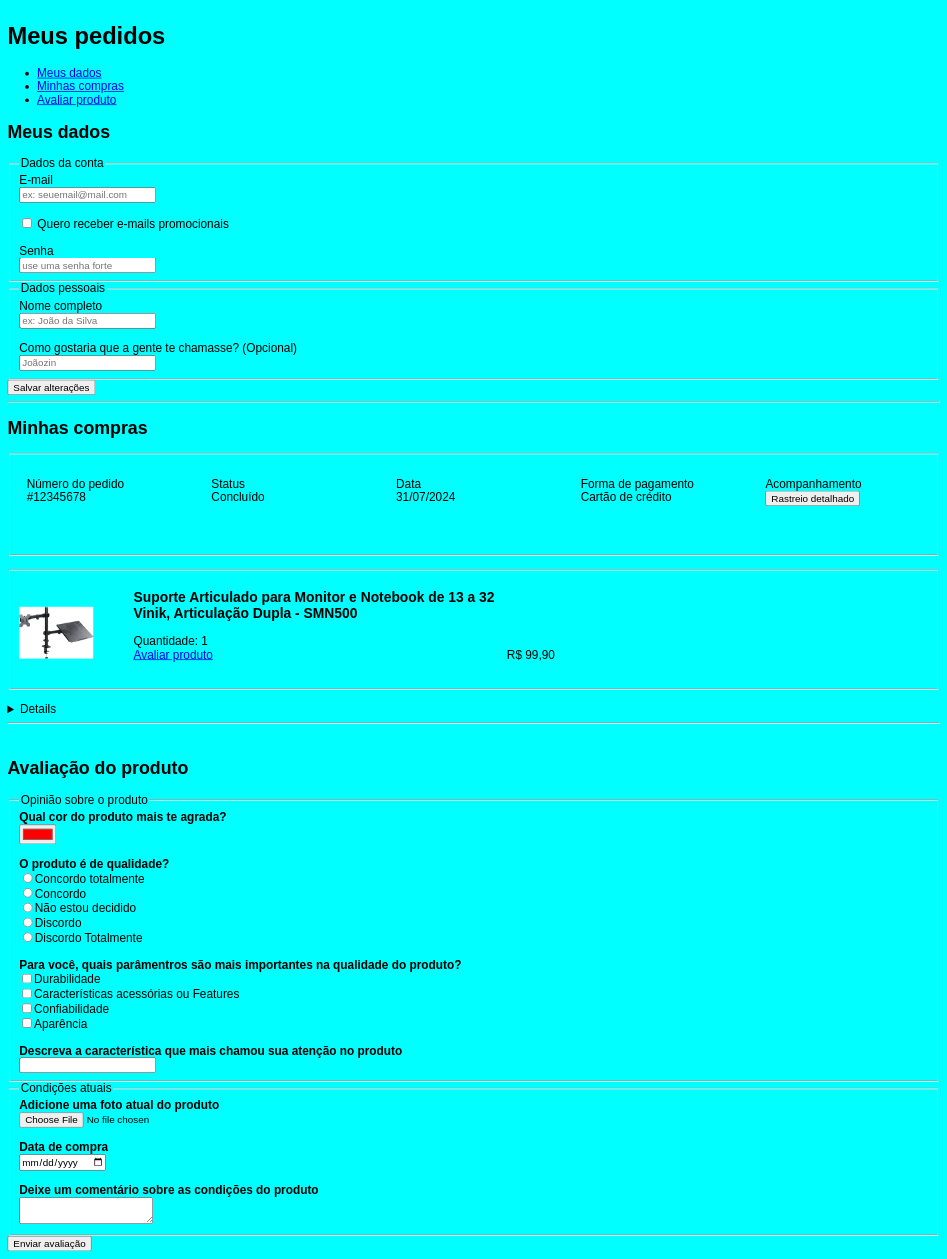
Repository: claudemir-camargo/site-compras
Page: index.html
An editor plug-in stored every save of this project. The page is shown before and after the next save, followed by the edit.
The browser window is 1280 px wide. The pictures show the whole page, at 74% of full size.

Above is the page before, as saved 2024-03-04 01:09:31.

### index.html
<!DOCTYPE html>
<html lang="en">

<head>
    <meta charset="UTF-8">
    <meta name="viewport" content="width=device-width, initial-scale=1.0">
    <link rel="stylesheet" type="text/css" href="css/style.css" />
    <title>Site de Compras</title>
</head>

<body>
    <h1>Meus pedidos</h1>
    <ul>
        <li><a href="#meus-dados">Meus dados</a></li>
        <li><a href="#minhas-compras">Minhas compras</a></li>
        <li><a href="#avaliacao-produto">Avaliar produto</a></li>
    </ul>
    <h2 id="meus-dados">Meus dados</h2>
    <!-- Conta -->
    <fieldset>
        <legend>Dados da conta</legend>
        <form>
            <label>E-mail</label><br>
            <input type="email" id="email" name="email" placeholder="ex: seuemail@mail.com"><br><br>
            <input type="checkbox">
            <label>Quero receber e-mails promocionais</label><br><br>
            <label>Senha</label><br>
            <input type="password" placeholder="use uma senha forte">
        </form>
    </fieldset>
    <!-- Pessoais -->
    <fieldset>
        <legend>Dados pessoais</legend>
        <form>
            <label>Nome completo</label><br>
            <input type="text" placeholder="ex: João da Silva"><br><br>
            <label>Como gostaria que a gente te chamasse? (Opcional) </label><br>
            <input type="text" placeholder="Joãozin">
        </form>
    </fieldset>
    <button type="button">Salvar alterações</button>
    <hr>
    <!-- Minhas compras -->
    <h2 id="minhas-compras">Minhas compras</h2>
    <fieldset>
        <div class="container">
            <div id="div1">
                <p>Número do pedido<br>#12345678</p>
            </div>
            <div id="div2">
                <p>Status<br>Concluído</p>
            </div>
            <div id="div3">
                <p>Data<br>31/07/2024</p>
            </div>
            <div id="div4">
                <p>Forma de pagamento<br>Cartão de crédito</p>
            </div>
            <div id="div5">
                <p>Acompanhamento<br><a href="#rastreioModal"><button>Rastreio detalhado</button></a></p>
            </div>
        </div>
    </fieldset>
    <div id="rastreioModal" class="modal">
        <h2>Rastreio detalhado</h2>
        <p>Seu pedido foi entregue com sucesso!<br>
            Entregue por: GFL<br>
            Código de rasteeio: 123456789<br>
            Entregue em: 31/07/2024<br>
        </p>
        <a href="#">Fechar</a>
    </div>

    <!-- Produto -->
    <br>
    <fieldset>
        <div class="imagem"><img src="img/suporte.jpg" alt="Suporte"></div>
        <div class="produto">
            <h3>
                <p>Suporte Articulado para Monitor e Notebook de 13 a 32 Vinik,
                    Articulação Dupla - SMN500</p>
            </h3>
            Quantidade: 1<br>
            <a href="#avaliacao-produto">Avaliar produto</a><br>
        </div>
        R$ 99,90
    </fieldset>
    <br>
    <details tag="Detalhes de Envio e Pagamento">
        <p></p>
        <strong>Endereço de entrega</strong><br>
        Avenida Estelita Falcão<br>
        Número 12, Centro<br>
        CEP 48170-970 - Itapetininga/São Paulo
        <br><br>
        <strong>Forma de Pagamento</strong><br>
        Cartão de crédito<br>
        Master Card **** **** **** 1234<br>
        Titular: Claudemir Camargo
        <br><br>
        <strong>Frete</strong>
        R$ 15,50<br>
        Enviado por GFL<br>
        Entregue
    </details>
    <hr>
    <br>
    <form>
        <h2 id="avaliacao-produto">Avaliação do produto</h2>
        <fieldset>
            <legend>Opinião sobre o produto</legend>
            <label><strong>Qual cor do produto mais te agrada?</strong></label><br>
            <input type="color" value="#ff0000"><br><br>
            <label><strong>O produto é de qualidade?</strong></label><br>
            <input type="radio" name="qualidade"><label>Concordo totalmente</label><br>
            <input type="radio" name="qualidade"><label>Concordo</label><br>
            <input type="radio" name="qualidade"><label>Não estou decidido</label><br>
            <input type="radio" name="qualidade"><label></label>Discordo</label><br>
            <input type="radio" name="qualidade"><label></label>Discordo Totalmente</label>
            <br><br>
            <label><strong>Para você, quais parâmentros são mais importantes na qualidade do
                    produto?</strong></label><br>
            <input type="checkbox"><label>Durabilidade</label><br>
            <input type="checkbox"><label>Características acessórias ou Features</label><br>
            <input type="checkbox"><label>Confiabilidade</label><br>
            <input type="checkbox"><label>Aparência</label>
            <br><br>
            <label><strong>Descreva a característica que mais chamou sua atenção no produto</strong></label><br>
            <input list="browsers" name="browser" id="browser">
            <datalist id="browsers">
                <option value="Cor">
                <option value="Tamanho">
                <option value="Peso">
                <option value="Material">
            </datalist>
        </fieldset>
        <fieldset>
            <legend>Condições atuais</legend>
            <label><strong>Adicione uma foto atual do produto</strong></label><br>
            <input type="file">
            <br><br>
            <label><strong>Data de compra</strong></label><br>
            <input type="date">
            <br><br>
            <label><strong>Deixe um comentário sobre as condições do produto</strong></label><br>
            <textarea name="comentario"></textarea>
        </fieldset>
        <button type="button">Enviar avaliação</button>
    </form>
</body>

</html>

### css/style.css
* {
    font-family: Arial, Helvetica, sans-serif;
}

img {
    height: 70px;
    width: 100px;
}

body{
    margin: 5px;
    padding: 5px;
    background-color:aqua
}

.container {
    display: flex;
    gap: 20px;
  }

#div1, #div2, #div3, #div4, #div5 {
    flex: 1;
    width: 100px;
    height: 100px;
    display: inline-block;
    padding: 10px;
}

.imagem {
    width: 150px;
    height: 100px;
    display: inline-block;
}

.produto {
    width: 500px;
    height: 100px;
    display: inline-block;
}

.modal {
    display: none;
    position: fixed;
    top: 50%;
    left: 50%;
    transform: translate(-50%, -50%);
    background-color: #f9f9f9;
    padding: 20px;
    border: 1px solid #ccc;
    box-shadow: 0 2px 10px rgba(0, 0, 0, 0.1);
    z-index: 1000;
}

.modal:target {
    display: block;
}

After the next save:
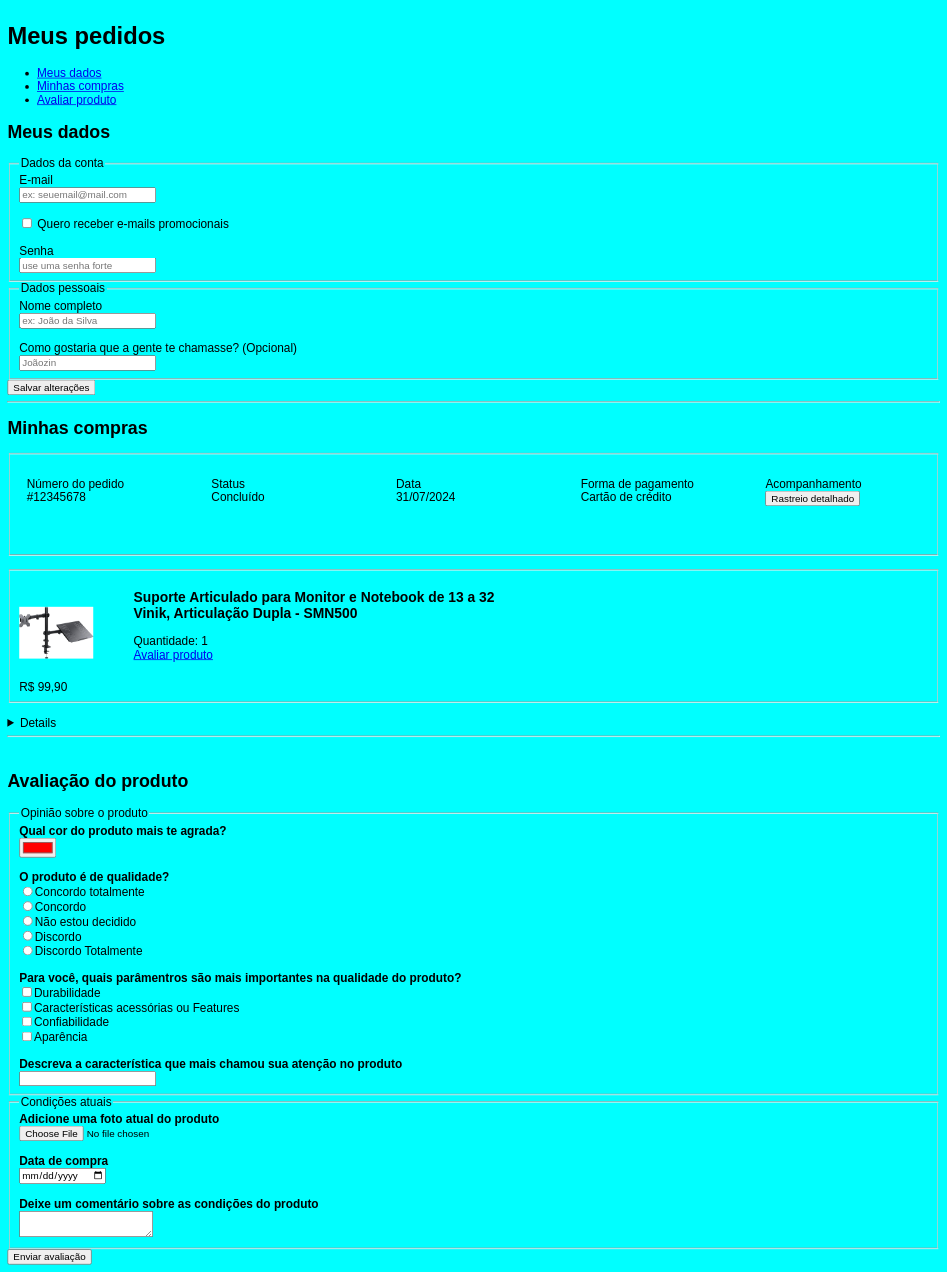
Saved 3 min 11 s later.
--- a/index.html
+++ b/index.html
@@ -74,7 +74,8 @@
     <!-- Produto -->
     <br>
     <fieldset>
-        <div class="imagem"><img src="img/suporte.jpg" alt="Suporte"></div>
+        <div class="container1">
+            <div class="imagem"><img src="img/suporte.jpg" alt="Suporte"></div>
         <div class="produto">
             <h3>
                 <p>Suporte Articulado para Monitor e Notebook de 13 a 32 Vinik,
@@ -83,7 +84,8 @@
             Quantidade: 1<br>
             <a href="#avaliacao-produto">Avaliar produto</a><br>
         </div>
-        R$ 99,90
+        <div class="preco">R$ 99,90</div>
+        </div>
     </fieldset>
     <br>
     <details tag="Detalhes de Envio e Pagamento">
